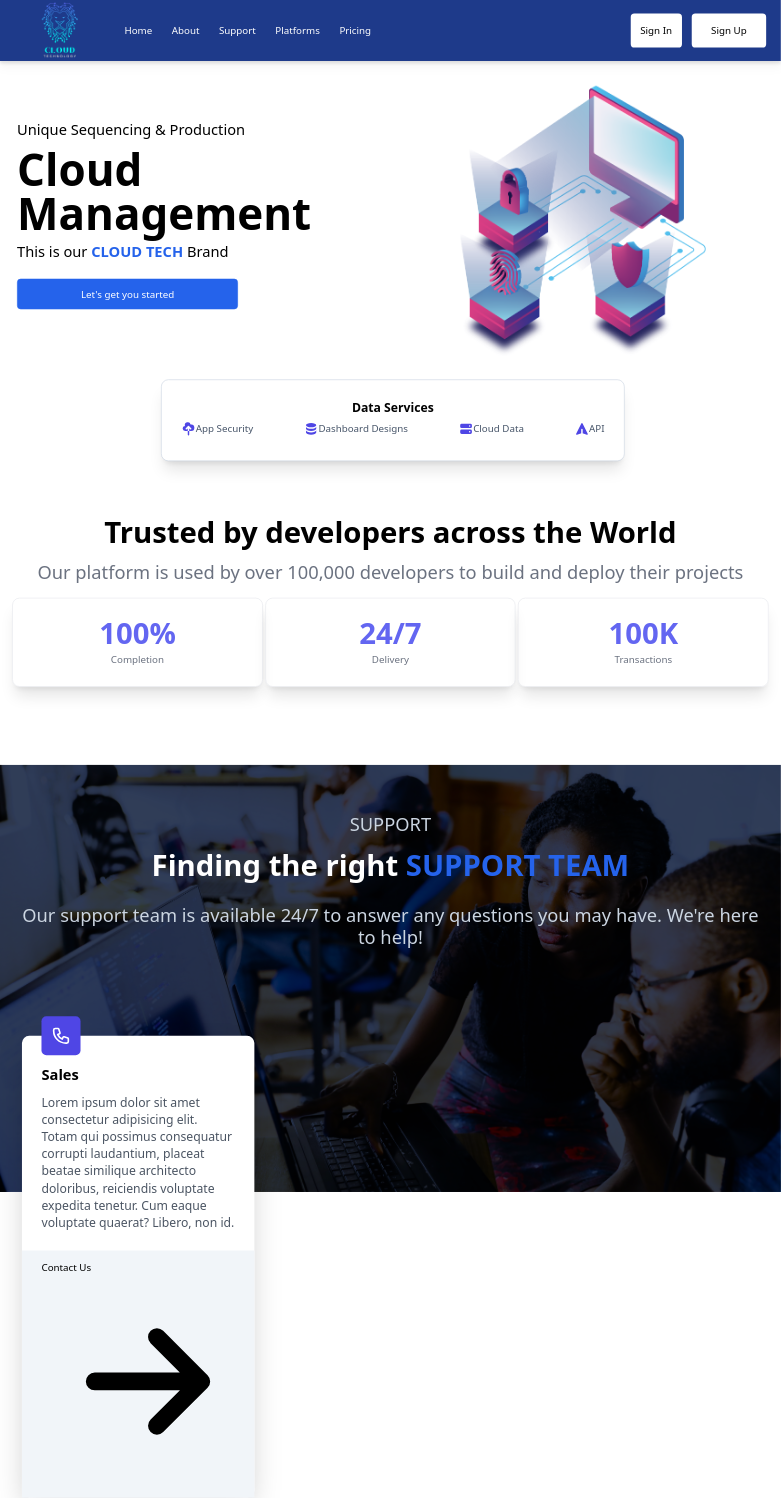
Repository: Esther-Kamau/cloud-management
Page: /
An editor plug-in stored every save of this project. The page is shown before and after the next save, followed by the edit.
The browser window is 1280 px wide. The pictures show the whole page, at 61% of full size.
The project was rebuilt for these pictures with package versions that can differ from the ones it lists, and the page was loaded fresh each time. A package was used in the major version that the imports need, not the one package.json lists.

Above is the page before, as saved 2023-03-16 20:07:45.

### public/index.html
<!DOCTYPE html>
<html lang="en">
  <head>
    <meta charset="utf-8" />
    <link rel="icon" href="%PUBLIC_URL%/Logo.png" />
    <meta name="viewport" content="width=device-width, initial-scale=1" />
    <meta name="theme-color" content="#000000" />
    <meta
      name="description"
      content="Web site created using create-react-app"
    />
    <link rel="apple-touch-icon" href="%PUBLIC_URL%/Logo.png" />
    <!--
      manifest.json provides metadata used when your web app is installed on a
      user's mobile device or desktop. See https://developers.google.com/web/fundamentals/web-app-manifest/
    -->
    <link rel="manifest" href="%PUBLIC_URL%/manifest.json" />
    <!--
      Notice the use of %PUBLIC_URL% in the tags above.
      It will be replaced with the URL of the `public` folder during the build.
      Only files inside the `public` folder can be referenced from the HTML.

      Unlike "/favicon.ico" or "favicon.ico", "%PUBLIC_URL%/favicon.ico" will
      work correctly both with client-side routing and a non-root public URL.
      Learn how to configure a non-root public URL by running `npm run build`.
    -->
    <title>Cloud Technology</title>
  </head>
  <body>
    <noscript>You need to enable JavaScript to run this app.</noscript>
    <div id="root"></div>
    <!--
      This HTML file is a template.
      If you open it directly in the browser, you will see an empty page.

      You can add webfonts, meta tags, or analytics to this file.
      The build step will place the bundled scripts into the <body> tag.

      To begin the development, run `npm start` or `yarn start`.
      To create a production bundle, use `npm run build` or `yarn build`.
    -->
  </body>
</html>

### src/index.css
@tailwind base;
@tailwind components;
@tailwind utilities;

@layer base{
    li{
      @apply p-4 text-white hover:text-slate-300
    }
    button {
        @apply p-4 text-white border bg-blue-600 border-blue-600
        hover:bg-transparent hover:text-black rounded-md
      }
}

### src/App.jsx
import Navbar from "./components/Navbar"
import Hero from "./components/Hero"
import About from "./components/About"
import Support from "./components/Support"

function App() {
  return (

    <>
  <Navbar/>
  <Hero/>
  <About/>
  <Support/>
    </>
  );
}

export default App;

### src/components/Navbar.jsx
import React, { useState } from "react";
import { MenuIcon, XIcon } from "@heroicons/react/outline";
import Logo from "../assets/Logo.png";

const Navbar = () => {
  const [nav, setNav] = useState(false);
  const handleClick = () => setNav(!nav);

  return (
    <div className="w-screen h-[100px] z-10 bg-blue-900 fixed drop-shadow-lg">
      <div className="px-2 flex justify-between items-center w-full h-full">
        <div className="flex items-center">
          <img className="h-[180px] w-[180px]" src={Logo} alt="Logoimg" />
          <ul className="hidden md:flex">
            <li>Home</li>
            <li>About</li>
            <li>Support</li>
            <li>Platforms</li>
            <li>Pricing</li>
          </ul>
        </div>
        <div className="hidden md:flex pr-4">
          <button className="border-none bg-white text-black mr-4 hover:text-white hover:bg-blue-300">
            Sign In
          </button>
          <button className="border-none bg-white text-black px-8 py-3 hover:text-white hover:bg-blue-300">
            Sign Up
          </button>
        </div>
        {/* toggle state */}
        <div className="md:hidden" onClick={handleClick}>
          {/* if the opposite of nav is true display this else xicon */}
          {!nav ? (
            <MenuIcon className="w-8 stroke-white" />
          ) : (
            <XIcon className="w-8 stroke-white" />
          )}
        </div>
      </div>
      {/* if nav is not true hide the menu if tru display the menu */}
      <ul className={!nav ? "hidden" : "absolute bg-blue-900 w-full px-8"}>
        <li className="border-b-2 border-blue-200 w-full">Home</li>
        <li className="border-b-2 border-blue-200 w-full">About</li>
        <li className="border-b-2 border-blue-200 w-full">Support</li>
        <li className="border-b-2 border-blue-200 w-full">Platforms</li>
        <li className="border-b-2 border-blue-200 w-full">Pricing</li>
        <div className="flex flex-col my-4">
          <button className=" bg-transparent text-white mb-4 hover:bg-white hover:text-black">Sign In</button>

          <button className="px-8 py-3">Sign Up</button>
        </div>
      </ul>
    </div>
  );
};

export default Navbar;

### src/components/Hero.jsx
import React from "react";
import {
  CloudUploadIcon,
  DatabaseIcon,
  PaperAirplaneIcon,
  ServerIcon,
} from "@heroicons/react/solid";

import bgImg from "../assets/cyber-bg.png";

const Hero = () => {
  return (
    <div className="w-full h-screen flex flex-col justify-between">
      <div className="grid md:grid-cols-2 max-w-[1240px] m-auto">
        <div className="flex flex-col justify-center md:items-start w-full px-2 py-3">
          <p className="text-2xl">Unique Sequencing & Production</p>
          <h1 className="py-3 text-5xl font-bold md:text-7xl">
            Cloud Management
          </h1>
          <p className="text-2xl mb-3">
            This is our{" "}
            <span className="text-blue-600 font-bold">CLOUD TECH</span> Brand
          </p>
          <button className="py-3 px-6 sm:w-[60%] my-4">
            Let's get you started
          </button>
        </div>
        <div>
          <img src={bgImg} alt="bg" className="w-full" />
        </div>
        {/* check on this later: absolute position */}
        <div
         className='absolute flex flex-col py-8 md:min-w-[760px] bottom-[-5%]
         mx-1 md:left-1/2 transform md:-translate-x-1/2 bg-white
         border border-slate-300 rounded-xl text-center shadow-xl'
        >
          <p className="text-xl font-semibold text-center">Data Services</p>
          <div className="flex flex-wrap justify-between px-4">
            <p className="flex px-4 py-2 text-slate-600"><CloudUploadIcon  className="h-6 text-indigo-600" /> App Security</p>
            <p className="flex px-4 py-2 text-slate-600"><DatabaseIcon className="h-6 text-indigo-600" /> Dashboard Designs</p>
            <p className="flex px-4 py-2 text-slate-600"><ServerIcon className="h-6 text-indigo-600"/> Cloud Data</p>
            <p className="flex px-4 py-2 text-slate-600"><PaperAirplaneIcon className="h-6 text-indigo-600"/> API</p>
          </div>
        </div>
      </div>
    </div>
  );
};

export default Hero;

### src/components/About.jsx
import React from "react";

const About = () => {
  return (
    <div className="w-full my-32">
      <div className="max-w-[1240px] mx-auto">
        <div className="text-center">
          <h2 className="text-5xl font-bold">
            Trusted by developers across the World
          </h2>
          <p className="text-3xl py-6 text-gray-500 font-medium">
            Our platform is used by over 100,000 developers to build and deploy
            their projects
          </p>
        </div>
<div className="grid md:grid-cols-3 gap-1 text-center">

        <div  className="border py-8 rounded-xl shadow-xl ">
          <p className="text-5xl text-indigo-500 font-bold">100%</p>
          <p className="text-gray-500 mt-2">Completion</p>
        </div>
        <div className="border py-8 rounded-xl shadow-xl ">
          <p className="text-5xl text-indigo-500 font-bold">24/7</p>
          <p className="text-gray-500 mt-2">Delivery</p>
        </div>
        <div className="border py-8 rounded-xl shadow-xl ">
          <p className="text-5xl text-indigo-500 font-bold">100K</p>
          <p className="text-gray-500 mt-2">Transactions</p>
        </div>
</div>
      </div>
    </div>
  );
};

export default About;

### src/components/Support.jsx
import React from "react";
import { PhoneIcon, ArrowSmRightIcon } from "@heroicons/react/outline";
import { ChipIcon, SupportIcon } from "@heroicons/react/solid";

import supportImg from "../assets/support.jpg";

const Support = () => {
  return (
    <div className="w-full h-screen mt-24">
      <div className="w-full h-[700px] bg-gray-900/90 absolute">
        <img
          src={supportImg}
          alt="/"
          className="w-full h-full object-cover mix-blend-overlay"
        />
      </div>
      <div className="max-w-[1240px] mx-auto text-white relative">
        <div className="px-4 py-12">
          <h2 className="pt-8 text-3xl uppercase text-center text-slate-300">Support</h2>
          <p className=" text-center text-5xl font-bold py-6 ">
            Finding the right
             <span className="text-blue-600"> SUPPORT TEAM</span>
          </p>
          <p className="text-3xl text-slate-300 py-4 text-center">
            Our support team is available 24/7 to answer any questions you may
            have. We're here to help!
          </p>
        </div>
        <div className="grid grid-cols-1 lg:grid-cols-3 relative gap-y-16 gap-x-8 px-4 pt-12 sm:pt-20 text-black">
          <div className="bg-white rounded-xl shadow-2xl">
            <div className="p-8">
              <PhoneIcon className="p-4 w-16 text-white bg-indigo-600 mt-[-4rem] rounded-lg"/>
              <h3 className="text-2xl my-4 font-bold">Sales</h3>
              <p className="text-gray-600 text-xl">
                Lorem ipsum dolor sit amet consectetur adipisicing elit. Totam
                qui possimus consequatur corrupti laudantium, placeat beatae
                similique architecto doloribus, reiciendis voluptate expedita
                tenetur. Cum eaque voluptate quaerat? Libero, non id.
              </p>
            </div>
            <div className="bg-slate-100 pl-8 py-4">
              <p className="">
                Contact Us <ArrowSmRightIcon />
              </p>
            </div>
          </div>
        </div>
      </div>
    </div>
  );
};

export default Support;

### tailwind.config.js
/** @type {import('tailwindcss').Config} */
module.exports = {
  content: ['./src/**/*.{js,jsx,ts,tsx}'],
  theme: {
    screens: {
      sm: '640px',
      // => @media (min-width: 640px) { ... }

      md: '768px',
      // => @media (min-width: 768px) { ... }

      lg: '1024px',
      // => @media (min-width: 1024px) { ... }

      xl: '1280px',
      // => @media (min-width: 1280px) { ... }

      '2xl': '1536px',
      // => @media (min-width: 1536px) { ... }
    },
  },
  plugins: [],
};

Loaded but not shown: src/index.js (common file)

After the next save:
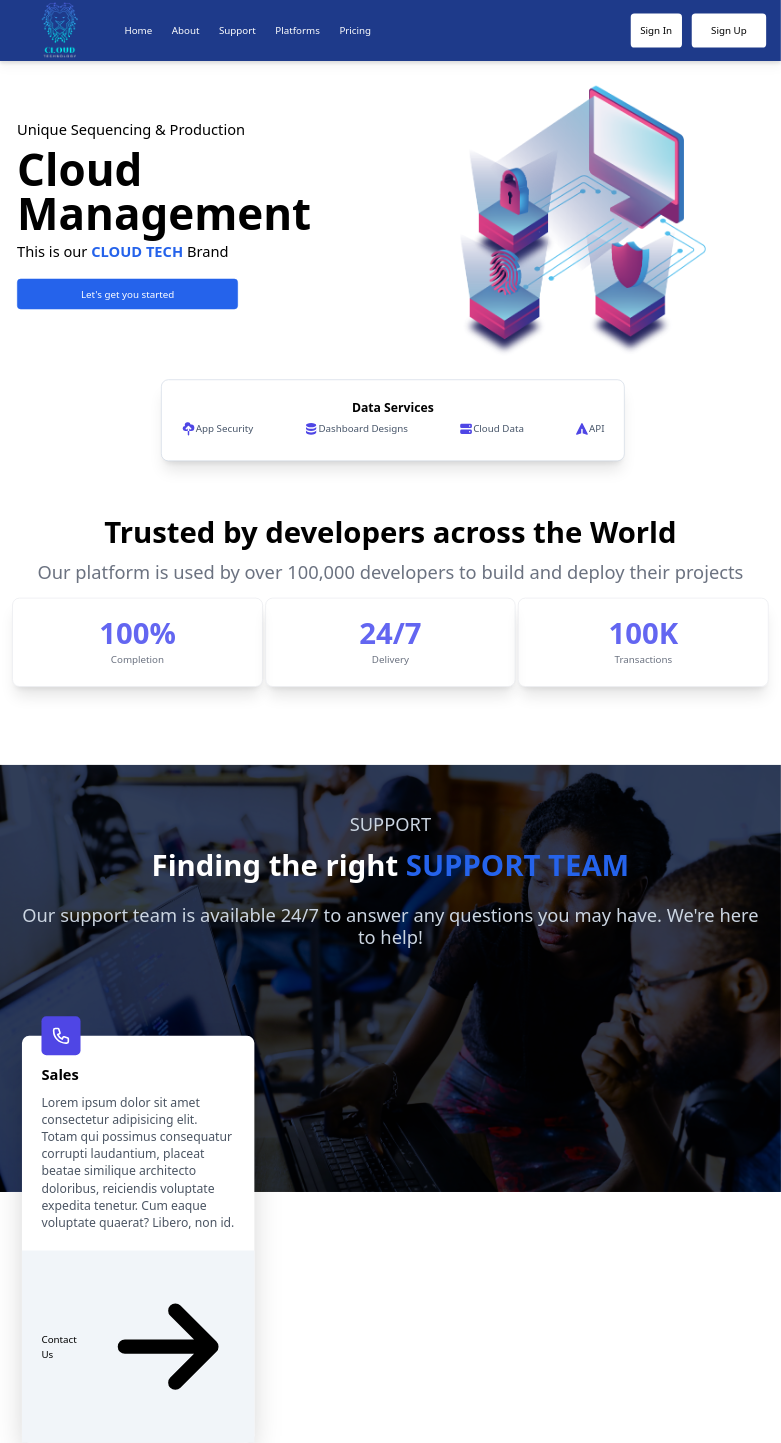
Saved 11 s later.
--- a/src/components/Support.jsx
+++ b/src/components/Support.jsx
@@ -39,7 +39,7 @@ const Support = () => {
               </p>
             </div>
             <div className="bg-slate-100 pl-8 py-4">
-              <p className="">
+              <p className="flex items-center text-">
                 Contact Us <ArrowSmRightIcon />
               </p>
             </div>
